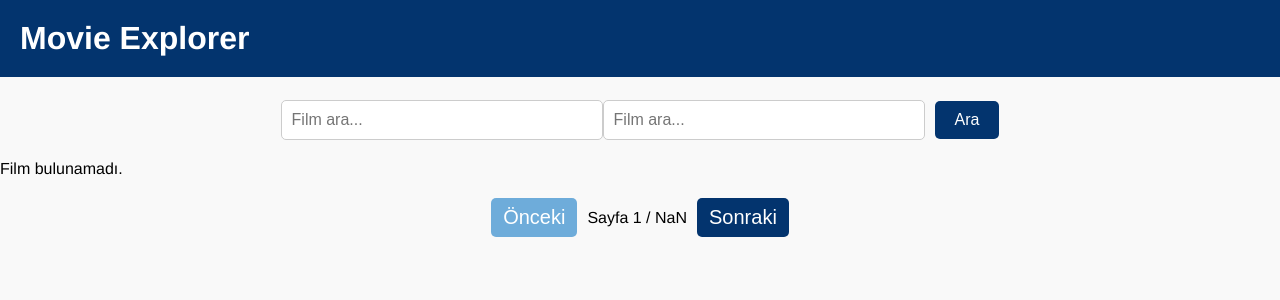
Repository: denizdizi/movie-explorer
Page: /
These files come from the project's save history. The page is drawn as it stood at one moment and after the next save; the edit follows.
The browser window is 1280 px wide. The pictures show the whole page.
The page's requests for data from a server got no answer. The project was rebuilt for these pictures with package versions that can differ from the ones it lists, and the page was loaded fresh each time. No one was signed in, and anything a server would have sent is missing. Also part of the build but not shown: src/App.css, src/components/MovieCard.js.

Above is the page before, as saved 2025-03-28 22:33:45.

After the next save:
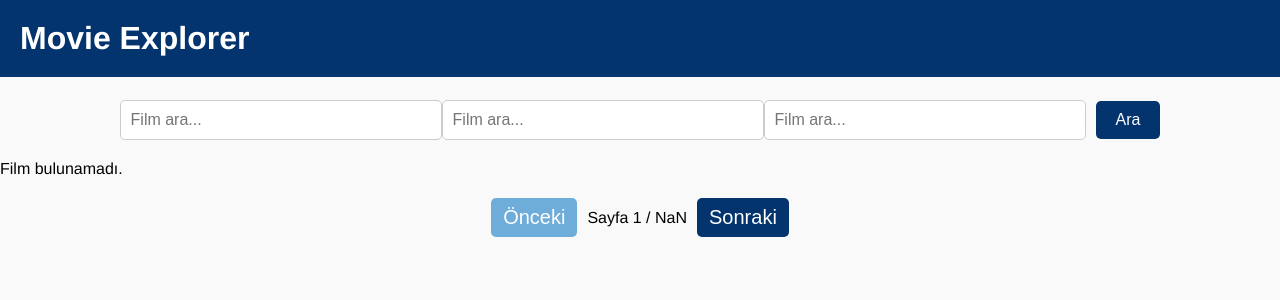
Saved 32 s later.
--- a/src/components/SearchBar.js
+++ b/src/components/SearchBar.js
@@ -29,6 +29,13 @@ const SearchBar = () => {
           className="search-input"
         />
         </div>
+        <div className="col-lg-3 align-left">
+        <input
+          type="year"
+          placeholder="Film ara..."
+          className="search-input"
+        />
+        </div>
 
       </div>
       <button type="submit" className="search-btn">
